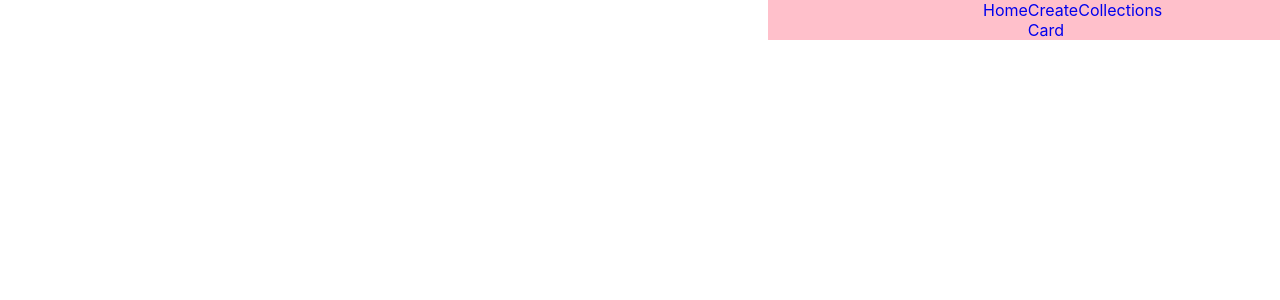
Repository: MikeTroianello/phos-react
Page: /
These files come from the project's save history. The page is drawn as it stood at one moment and after the next save; the edit follows.
The browser window is 1280 px wide. The pictures show the whole page.
The project was rebuilt for these pictures with package versions that can differ from the ones it lists, and the page was loaded fresh each time. A package was used in the major version that the imports need, not the one package.json lists. Also part of the build but not shown: src/App.css, src/components/card/Card.js.

Above is the page before, as saved 2020-06-02 16:34:49.

### src/App.js
import React from 'react';
import logo from './logo.svg';
import './App.css';
import Card from './components/card/Card';
import Main from './components/main/Main.js';

function App() {
  return <Main />;
}

export default App;

### src/components/main/Main.js
import React from 'react';
import Navbar from '../navbar/Navbar';
import { Route, Switch } from 'react-router-dom';
import Card from '../card/Card';

const Main = () => {
  return (
    <div>
      <Navbar />
      <Switch>
        <Route exact path='/card' render={(props) => <Card {...props} />} />
      </Switch>
    </div>
  );
};

export default Main;

### src/components/card/card.css
.homepage-top {
  display: flex;
  justify-content: space-evenly;
  flex-wrap: wrap;
  height: 82vh;
}

@media (min-width: 427px) and (max-width: 976px) {
  .homepage-top {
    height: 150vh;
    background-position: 0% 22%;
  }
}

/* @media (max-width: 427px) {
  .homepage-top {
    height: 1200px;
    background-position: 0% 22%;
  }
} */

.homepage-greet {
  margin-top: 6vh;
}

.homepage-greet h1 {
  font-size: 6em;
}

.homepage-greet p {
  font-size: 2em;
}

.homepage-separation {
  height: 1vh;
  width: auto;
  background-color: rgba(148, 151, 168, 0.9);
  margin-top: -1vh;
}

.homepage-sad {
  margin: 5vw;
  /* margin-left: 5vw; */
}

.homepage-sad h2 {
  font-size: 5em;
  text-align: center;
}

.homepage-sad h4 {
  font-size: 2.5em;
  text-align: center;
  margin: 10vw;
}

.homepage-sad p {
  font-size: 1.75em;
  text-align: center;
}

.homepage-sunlog {
  display: flex;
  justify-content: space-between;
  flex-wrap: wrap;
}

.sunlog-description {
  margin-left: 5vw;
  text-align: center;
  max-width: 700px;
}

.sunlog-description h2 {
  font-size: 3em;
}

.sunlog-description p {
  font-size: 1.3em;
  margin: 7vh 0;
}

.sunlog-example {
  display: flex;
  flex-direction: column;
  /* max-width: 98%; */
  padding: 1%;
}

.sunlog-example h4 {
  text-align: center;
  margin: 0 0 2vh 0;
}

.sunlog-create {
  margin: 10vh 0;
}

.footer {
  /* position: absolute; */
  /* bottom: 0;
  width: 100%; */
  border-top: 1px solid black;
  display: flex;
  justify-content: space-evenly;
  background-color: rgb(119, 159, 219);
  overflow: auto;
}

.footer-button {
  margin: 3vh 0;
  height: 50%;
  width: 122px;
  font-size: 1em;
  background-color: rgb(224, 242, 243);
}

.footer-button:hover {
  transition: 0.25s;
  background-color: rgb(183, 207, 218);
}

/* .footer-contact {
  text-align: center;
} */

/* FOR THE FOOTER LOGO */

.footer-logo {
  display: flex;
  align-items: center;
  /* color: white; */
  padding: 1px 6px 0;
  font-weight: bold;
  border-style: solid;
  /* border-color: White; */
  width: 40px;
  /* border-width: 2px; */
  margin: 30px 0;
}

.mt-logo {
  margin: 3px 0;
  text-align: center;
}

/* EVERYTHING BELOW HERE IS FOR THE CARD FLIP ANIMATION AND POSSIBLY A VIDEO PLAYER */

.signup-login-container {
  margin: 5vh 0 0 0;
  display: flex;
  flex-direction: column;
  max-width: 425px;
  align-items: center;

  /* color: green; */
}

.create-button {
  width: 90%;
  height: 50px;
  border-radius: 1ch;
  font-size: 1.8em;
  margin: 15vh 0 0 0;
  /* background-color: rgba(93, 87, 87, 0.7); */
  background-color: rgba(180, 194, 60, 0.75);
}

@media (min-height: 760px) {
  .create-button {
    margin: 18vh 0 0 0;
  }
}

@media (min-width: 450px) and(max-width: 580px) {
  .homepage-greet h1 {
    font-size: 5em;
  }
  .homepage-greet p {
    text-align: center;
  }
}

@media (max-width: 450px) {
  .homepage-greet h1 {
    font-size: 4em;
  }

  .homepage-greet p {
    text-align: center;
  }
}

.create-button:hover {
  transition: 0.3s;
  background-color: rgba(93, 87, 87, 0.8);
}

.container {
  width: 420px;
  height: 345px;
  position: relative;
  -webkit-perspective: 1000px;
  -moz-perspective: 1000px;
  -o-perspective: 1000px;
  perspective: 1000px;
}
.card {
  width: 100%;
  height: 100%;
  position: absolute;

  -webkit-transition: -webkit-transform 1s;
  -moz-transition: -moz-transform 1s;
  -o-transition: -o-transform 1s;
  transition: transform 1s;
  -webkit-transform-style: preserve-3d;
  -moz-transform-style: preserve-3d;
  -o-transform-style: preserve-3d;
  transform-style: preserve-3d;
  -webkit-transform-origin: 50% 50%;
}

.card-div {
  display: block;
  height: 100%;
  width: 100%;
  /*     line-height: 260px; */
  /*     color: white; */
  text-align: center;
  font-weight: bold;
  /*     font-size: 140px; */
  position: absolute;
  -webkit-backface-visibility: hidden;
  -moz-backface-visibility: hidden;
  -o-backface-visibility: hidden;
  backface-visibility: hidden;
}
.card .front {
  /* background: red; */
  /* background-color: rgba(255, 255, 255, 0.2); */
}
.card .back {
  /* background: blue; */
  /* background-color: rgba(255, 255, 255, 0.2); */
  -webkit-transform: rotateY(180deg);
  -moz-transform: rotateY(180deg);
  -o-transform: rotateY(180deg);
  transform: rotateY(180deg);
}
.card.flipped {
  -webkit-transform: rotateY(180deg);
  -moz-transform: rotateY(180deg);
  -o-transform: rotateY(180deg);
  transform: rotateY(180deg);
}

/* FOR THE VIDEO */

#myVideo {
  position: fixed;
  right: 0;
  bottom: 0;
  min-width: 100%;
  min-height: 100%;
}

/* Add some content at the bottom of the video/page */
.content {
  position: fixed;
  bottom: 0;
  background: rgba(0, 0, 0, 0.5);
  color: #f1f1f1;
  width: 100%;
  padding: 20px;
}

/* Style the button used to pause/play the video */
#myBtn {
  width: 200px;
  font-size: 18px;
  padding: 10px;
  border: none;
  background: #000;
  color: #fff;
  cursor: pointer;
}

#myBtn:hover {
  background: #ddd;
  color: black;
}

@media (max-width: 426px) {
  .container {
    max-width: 315px;
    perspective: 0px;
  }

  .create-button {
    margin: 3vh 0 0 0;
  }

  .signup-login-container {
    margin: 0;
  }

  .homepage-top {
    height: 136vh;
  }

  .create-button {
    width: 100%;
    height: auto;
  }

  .signup {
    height: 340px;
  }
}

@media (max-width: 375px) {
  .homepage-sad {
    margin: 0;
    text-align: center;
  }

  .sunlog-description {
    margin: 0;
  }
}

@media (max-width: 470px) {
  .footer-button {
    display: none;
  }

  .footer-contact {
    font-size: 0.8em;
    text-align: start;
    margin-top: 17px;
  }

  .footer-contact p {
    margin: 7px 0 0;
  }

  .footer-logo {
  }
}

/* NAVBAR */

.navbar {
  display: flex;
  justify-content: space-between;
  align-items: center;
  border-bottom: 1px solid black;
  height: 10vh;
  position: fixed;
  width: 100%;
  top: 0;
  background-color: rgb(142, 194, 234);
  /* background-color: rgb(180, 214, 241) */
  z-index: 1;
  /* overflow: hidden; */
}

.nav-links {
  display: flex;
  justify-content: space-around;
  width: 50%;
}

@media (min-width: 730px) and (max-width: 850px) {
  .nav-links {
    width: 60%;
  }
}
@media (min-width: 427px) and (max-width: 730px) {
  .nav-links {
    width: 80%;
    font-size: 0.75em;
  }

  .logged-in-user {
    font-size: 0.75em;
  }
}

@media (max-width: 426px) {
  .nav-links {
    width: 100%;
    font-size: 0.75em;
  }

  .logged-in-user {
    display: none;
  }
}

.logged-in-user {
  margin: 0 0 0 2vw;
}

.nav-links a {
  color: black;
  text-decoration: none;
  font-size: 1.5em;
}

.nav-links a:hover {
  transition: 0.2s;
  color: rgb(1, 24, 128);
  /* text-decoration: underline; */
}

.chosen {
  color: rgb(30, 4, 95);
  text-decoration: underline;
}

.App {
  text-align: center;
  margin-top: 10vh;
}

.App-header {
  background-color: #282c34;
  min-height: 100vh;
  display: flex;
  flex-direction: column;
  align-items: center;
  justify-content: center;
  font-size: calc(10px + 2vmin);
  color: white;
}

.App-link {
  color: #09d3ac;
}

h1 {
  text-align: center;
}

i {
  text-align: center;
}

a {
  text-decoration: none;
}

.top-push {
  margin-top: 12.25vh;
}

/* CREATE LOGS */

.log-head {
  /* display: flex; */
  border-bottom: 1px solid black;
}

.log-head > span {
  justify-content: space-between;
  margin: -21px 0px 0px;
}

.name-and-gender {
  display: flex;
  justify-content: space-around;
  align-items: center;
  /* border: 1px solid black; */
  /* justify-content: space-evenly; */
}

.name-and-gender > div {
  width: 30%;
}

.name-box {
  min-width: 45%;
  text-align: center;
}

@media (max-width: 375px) {
  .name-box {
    font-size: 0.75em;
  }
}

.weather-box {
  text-align: center;
  margin-top: -3.5%;
  /* max-width: 45%; */
  /* border-bottom: 1px solid black; */
  /* border-left: 1px solid black; */
  /* border-radius: 2%; */
}

.weather-box > p {
  /* max-width: 45%; */

  font-size: 0.75em;
  margin-top: 7px;
  margin-bottom: 2px;
}

.weather-icon {
  margin: -43px 0px -36px;
  /* margin: -41px 15px -36px; */
  /* border: 1px solid black; */
  /* FOR MOBILE margin:-6.7vh 4.98vw */
}

.gradient {
  background: rgb(2, 10, 46);
  background: linear-gradient(
    90deg,
    rgba(2, 10, 46, 1) 0%,
    rgba(12, 35, 135, 1) 30%,
    rgba(87, 139, 53, 1) 59%,
    rgba(255, 195, 66, 1) 100%
  );
}

.red {
  color: red;
  text-align: center;
}
.false {
  color: red;
  text-align: center;
}

.green {
  color: rgb(16, 116, 16);
  text-align: center;
}

.black {
  color: black;
  text-align: center;
}

/* VIEW ALL LOGS PAGE */

.view-header {
  display: flex;
  flex-wrap: wrap;
  justify-content: space-evenly;
  /* border-bottom: 1px dotted black; */
}

.view-header > div > h1 {
  margin: 0px 0 4vh 0;
}

.create-log-link {
  text-align: center;
}

.log-box {
  display: flex;
  flex-wrap: wrap;
  justify-content: space-evenly;
}

.log {
  border: 1px solid black;
  margin: 5vh 1.4vw;
  padding: 0 1vw;
  border-radius: 10px;
  width: 550px;
  box-shadow: 2px 2px #9398a2;
  background-color: #baccf1;
  /* min-width: 420px; */
}

.mock-log {
  border: 1px solid black;
  margin: 5vh 1.4vw;
  padding: 0 1vw;
  border-radius: 10px;
  max-width: 550px;
  box-shadow: 2px 2px #9398a2;
  background-color: #baccf1;
}

.log h2 {
  text-align: center;
}

.weather-audit {
  border: 1px solid black;
  margin: 1vh;
  padding: 0 1vw;
  max-width: 500px;
}

.header {
  display: flex;
  justify-content: space-between;
  border-bottom: 1px dashed black;
  text-align: center;
}

.header > span {
  font-size: 16px;
  width: 25%;
  font-weight: bold;
  text-align: center;
}

.weather-average-header {
  display: flex;
  justify-content: space-between;
  text-align: center;
}

.weather-average-header span {
  width: 22%;
  text-align: center;
}

.filter-box {
  display: flex;
  flex-wrap: wrap;
  justify-content: space-around;
  align-items: center;
  border-top: 1px dotted black;
}

.gender-filter {
  text-align: center;
}

.gender-filter button {
  background-color: rgb(233, 30, 99);
  border-radius: 50%;
  height: 50px;
  width: 100px;
  font-size: 1em;
}

.gender-filter button:hover {
  transition: 0.2s;
  background-color: rgb(240, 97, 130);
}

.view-default-logs {
  background-color: rgba(234, 60, 100, 1);
  height: 50px;
  font-size: 1em;
  font-weight: bold;
  border-radius: 3ch;
  margin-top: 1vh;
}

.view-default-logs:hover {
  transition: 0.2s;
  background-color: rgb(240, 97, 130);
}

.gender {
  margin-left: 2vw;
  /* text-align: end; */
}

.mood-and-productivity {
  display: flex;
  justify-content: space-evenly;
  text-align: center;
}

.mood-and-productivity > h3 {
  width: 40%;
  /* display: flex;
  justify-content: space-between; */
  border: 1px solid black;
}

.mood-and-productivity > h3 > p {
  color: red;
}

/* SIGNUP */
.signup {
  border: 2px solid black;
  overflow: hidden;
  background-color: rgba(250, 250, 250, 0.55);
  border-radius: 17px;
  display: flex;
  flex-direction: column;
  /* justify-content: flex-end; */
  min-height: 300px;
  height: 333px;
  max-width: 400px;
  margin: 2vw 0;
  padding: 2vh 1vw 0;
}

@media (min-height: 760px) {
  .signup {
    height: 365px;
  }
}

/* .signup > form {
  min-height: 280px;
} */

.signup-button {
  display: flex;
  /* align-items: flex-end; */
  justify-content: center;
}

.signup-button > button {
  margin-top: 1vh;
  font-size: 2em;
  height: 50px;
  width: 60%;
  border-radius: 1ch;
  margin-bottom: 2vh;
  background-color: rgba(114, 185, 240, 0.75);
}

.signup-button > button:hover {
  transition: 0.3s;
  background-color: rgba(114, 185, 240, 0.9);
}

.login-button {
  display: flex;
  /* align-items: flex-end; */
  justify-content: center;
}

.login-button > button {
  margin-top: 6vh;
  font-size: 2em;
  height: 50px;
  width: 60%;
  border-radius: 1ch;
  margin-bottom: 3vh;
  background-color: rgba(114, 185, 240, 0.75);
}

.login-button > button:hover {
  transition: 0.3s;
  background-color: rgba(114, 185, 240, 0.9);
}

.signup-header {
  text-align: center;
  font-size: 1.66em;
  margin-bottom: 2vh;
}

.form-piece {
  display: flex;
  justify-content: space-between;
  margin: 2vh 0;
}

.login-form-piece {
  font-size: 1.5em;
  margin: 20px 0;
}

.signup-message {
  /* margin: 5vh 0; */
  color: red;
  text-align: center;
}

/* THIS IS YOUR PROFILE PAGE */

.profile-header {
  display: flex;
}

.profile-date > span {
  font-size: 1.25em;
}

.cog {
  justify-content: end;
}

.profile-log-head {
  display: flex;
  justify-content: space-around;
}

@media (max-width: 345px) {
  .log h2 {
    font-size: 1em;
  }
}

.profile-mood-box {
  display: flex;
  /* flex-direction: column; */
  justify-content: space-evenly;
  align-items: center;
  flex-wrap: wrap;
}

.no-log-created {
  font-size: 3em;
  text-align: center;
  margin-top: 15vh;
}

.sort-by-age-box {
  display: flex;
  justify-content: center;
}

.sort-by-age {
  height: 50px;
  width: 45%;
  border-radius: 10px;
  font-size: 1.2em;
  background: rgba(69, 140, 216, 0.6);
  margin: 5% 0 0 0;
}

.sort-by-age:hover {
  transition: 0.25s;
  background: rgba(69, 140, 216, 0.9);
}

@media (max-width: 800px) {
  .sort-by-age {
    width: 75%;
  }
}

.weather-box-profile {
  margin-top: -0.5%;
}

@media (max-width: 425px) {
  .view-profile-overall-happiness {
    text-align: center;
  }
}

/* CREATE A LOG */

.create-log-page {
  display: flex;
  justify-content: center;
}

.create-log {
  border: 1px solid black;
  border-radius: 5px;
  margin: 1% 1% 0;
  text-align: center;
  max-width: 450px;
  height: 550px;
}

.create-log-button {
  width: 90%;
  height: 50px;
  border-radius: 1ch;
  font-size: 1.8em;
  margin: 0 0 2vh 0;
  /* background-color: rgba(93, 87, 87, 0.7); */
  background-color: rgba(180, 194, 60, 0.75);
}

.one-through-five-box {
  color: blue;
  font-weight: 100;
}

.one-through-five {
  display: flex;
  justify-content: space-around;
}

.one-through-five > span {
  margin: 12px 0;
  padding: 6px 11px;
  border: 2px solid blue;
  border-radius: 50%;
}

.one-through-five > button {
  margin: 12px 0;
  padding: 6px 11px;
  border: 2px solid blue;
  border-radius: 50%;
}

.one-through-five > #mood {
  color: rgb(15, 120, 218);
  margin: 12px 0;
  padding: 6px 6px;
  border: 2px solid blue;
  border-radius: 50%;
}

.one-through-five > #mood:hover {
  transition: 0.2s;
  background-color: rgba(250, 148, 148, 0.8);
}
.one-through-five > span:hover {
  transition: 0.2s;
  background-color: lightblue;
}

.one-through-five > span:focus {
  background-color: lightcoral;
}

.one-through-five > button:hover {
  transition: 0.2s;
  background-color: lightblue;
}

.one-through-five > button:focus {
  background-color: lightcoral;
}

#mood:target {
  background-color: black;
}

:target {
  background-color: black;
}

/* SETTINGS PAGE */

.settings-top {
  display: flex;
  flex-direction: column;
  justify-content: center;
  align-items: center;
  text-align: center;
}

.settings {
  /* border-left: 1px solid black;
  border-right: 1px solid black; */
  width: 54%;
  border-left: 3px solid black;
  border-right: 3px solid black;
  border-bottom: 2px solid black;
  margin-bottom: 3vh;
  padding: 1%;
  background: #a9c3e0;
}

@media (max-width: 700px) {
  .settings {
    width: 93%;
  }
}

.settings-change-preferences {
  border-top: 2px solid black;
  border-bottom: 2px solid black;
  padding-bottom: 2vh;
  margin-top: 2vh;
}

.settings-change-preferences-button {
  height: 30px;
  width: 27%;
  min-width: 120px;
  border-radius: 10px;
  font-size: 0.85em;
  background: rgba(224, 166, 166, 0.7);
}

.settings-change-preferences-button:hover {
  transition: 0.25s;
  background: rgba(235, 160, 160, 0.95);
}

.settings-change-info {
  display: flex;
  flex-direction: column;
  align-items: center;
  border-bottom: 2px solid black;
  padding-bottom: 2vh;
}

.change-account-sub-box {
  display: flex;
  justify-content: space-between;
  width: 275px;
}

.settings-change-password {
  border-top: 2px solid black;
  margin-top: 2vh;
}

.change-password-super-box {
  display: flex;
  justify-content: center;
}

.change-password-box {
  display: flex;
  flex-direction: column;
  justify-content: center;
  width: 275px;
}

.change-password-sub-box {
  display: flex;
  justify-content: space-between;
}

.settings-change-button {
  color: white;
  font-size: 1em;
  height: 35px;
  width: 30%;
  margin: 6vh 0 3vh;
  border-radius: 1ch;
  background-color: rgba(36, 100, 184, 0.8);
  align-self: center;
}

.settings-change-button:hover {
  transition: 0.2s;
  background-color: rgba(19, 71, 139, 0.8);
}

.delete {
  background-color: rgba(255, 0, 0, 0.75);
  /* box-shadow: 1px 1px rgb(16, 15, 15); */
  font-size: 1.5em;
  height: 52px;
  width: 200px;
  margin: 3%;
  border-radius: 2ch;
  border: 2px solid black;
}

.delete:hover {
  transition: 0.3s;
  background-color: rgba(255, 0, 0, 0.9);
}

.confirmDelete {
  margin: 3vh 0 0 0;
}

/* MOBILE */

@media (min-width: 425px) and (max-width: 770px) {
  .header-productivity {
    width: 27% !important;
  }
}

@media (max-width: 420px) {
  .filter-box > div {
    width: 100%;
    margin: 2vh 0;
    text-align: center;
  }

  .weather-box > p {
    margin-left: 9px;
  }

  .logged-in-user {
    margin: 0 0 0 2vw;
    font-size: 0.7em;
  }

  .create-button {
    width: 90%;
    margin: 8% 5% 2%;
  }

  .header-productivity {
    width: 31% !important;
  }
}

@media (min-width: 370px) and (max-width: 419px) {
  .header-productivity {
    width: 31% !important;
  }
}

@media (max-width: 1500px) {
  .settings-change-button {
    width: 250px;
    /* width: 85%; */
  }
}

### src/components/navbar/Navbar.js
import React from 'react';
import { Link } from 'react-router-dom';

import './navbar.css';

const Navbar = () => {
  return (
    <div>
      <div>
        <Link className='link' to='/'>
          Home
        </Link>
        <Link className='link' to='/create'>
          Create Card
        </Link>
        <Link className='link' to='/collections'>
          Collections
        </Link>
      </div>
    </div>
  );
};

export default Navbar;

### src/components/navbar/navbar.css
div {
  display: flex;
  flex-direction: row;
  justify-content: flex-end;
}

div > div {
  width: 40%;
  display: flex;
  justify-content: space-around;
  background-color: pink;
}

/* .link {
  margin: 3% 30%;
  width: 100%;
} */

Loaded but not shown: public/index.html (common file); src/index.js (common file); src/index.css (common file); src/serviceWorker.js (common file)

After the next save:
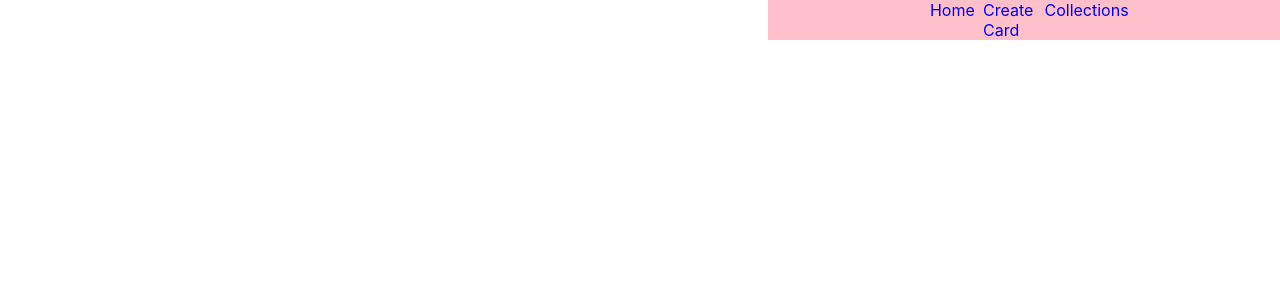
Saved 84 s later.
--- a/src/components/navbar/Navbar.js
+++ b/src/components/navbar/Navbar.js
@@ -5,14 +5,18 @@ import './navbar.css';
 
 const Navbar = () => {
   return (
-    <div>
+    <div className='navbar-container'>
       <div>
         <Link className='link' to='/'>
           Home
         </Link>
+      </div>
+      <div>
         <Link className='link' to='/create'>
           Create Card
         </Link>
+      </div>
+      <div>
         <Link className='link' to='/collections'>
           Collections
         </Link>
